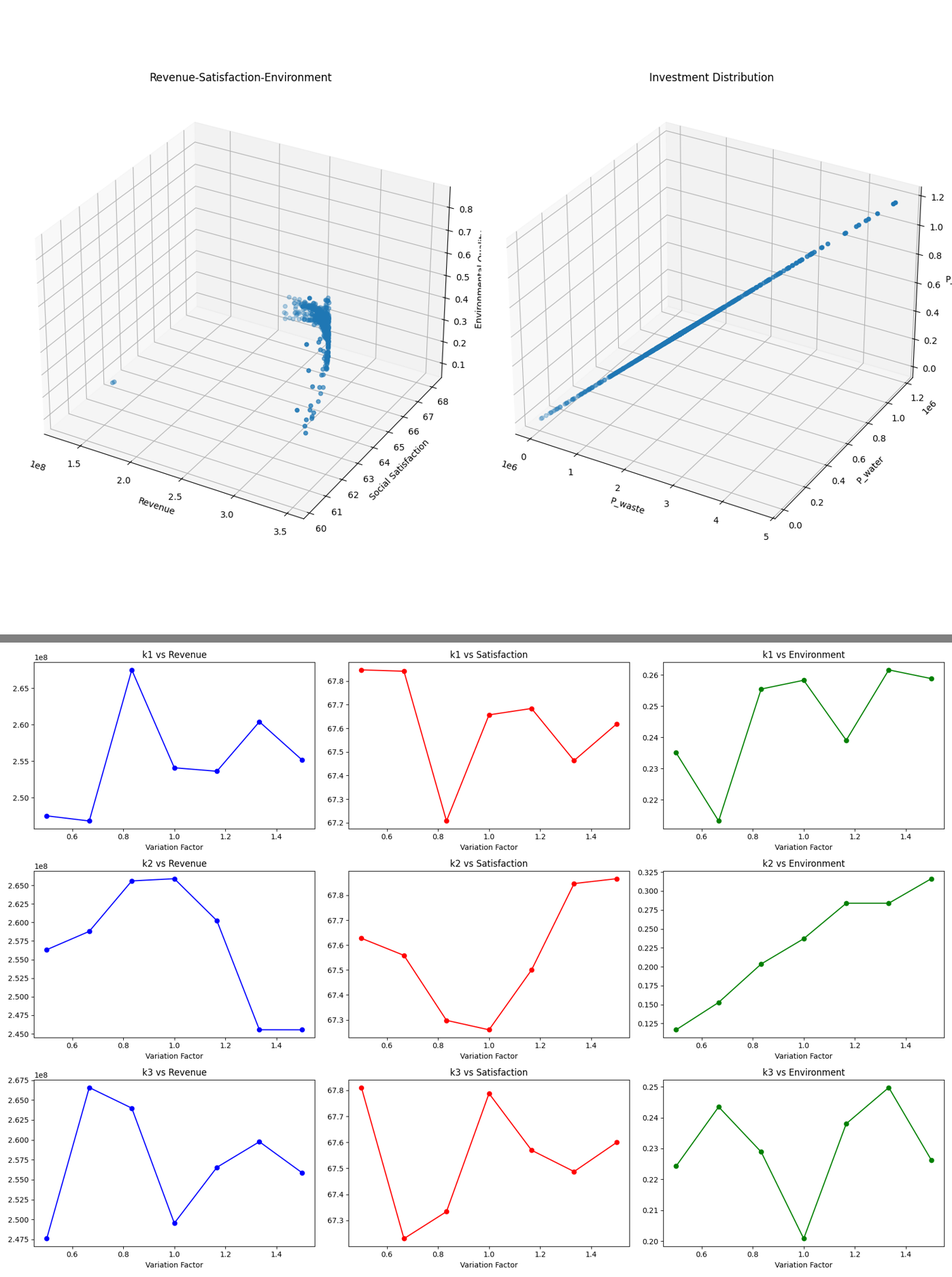
Repository: Kevinye0116/MCM
Script's output: python Coding/trial3s1.py
The author's editor kept a copy of each file at every save. The script's output is drawn from the files as they stood at one save, then again after the next save.
The pictures are shown at 68% of full size.
Each picture stacks the figures in order, with grey between them; figures that are only written to a file come last. Figures wider than 1,400 px are first shrunk to that width. Random numbers start from a fixed seed.

Above is the script's output before, as saved 2025-01-26 09:34:51.

After the next save:
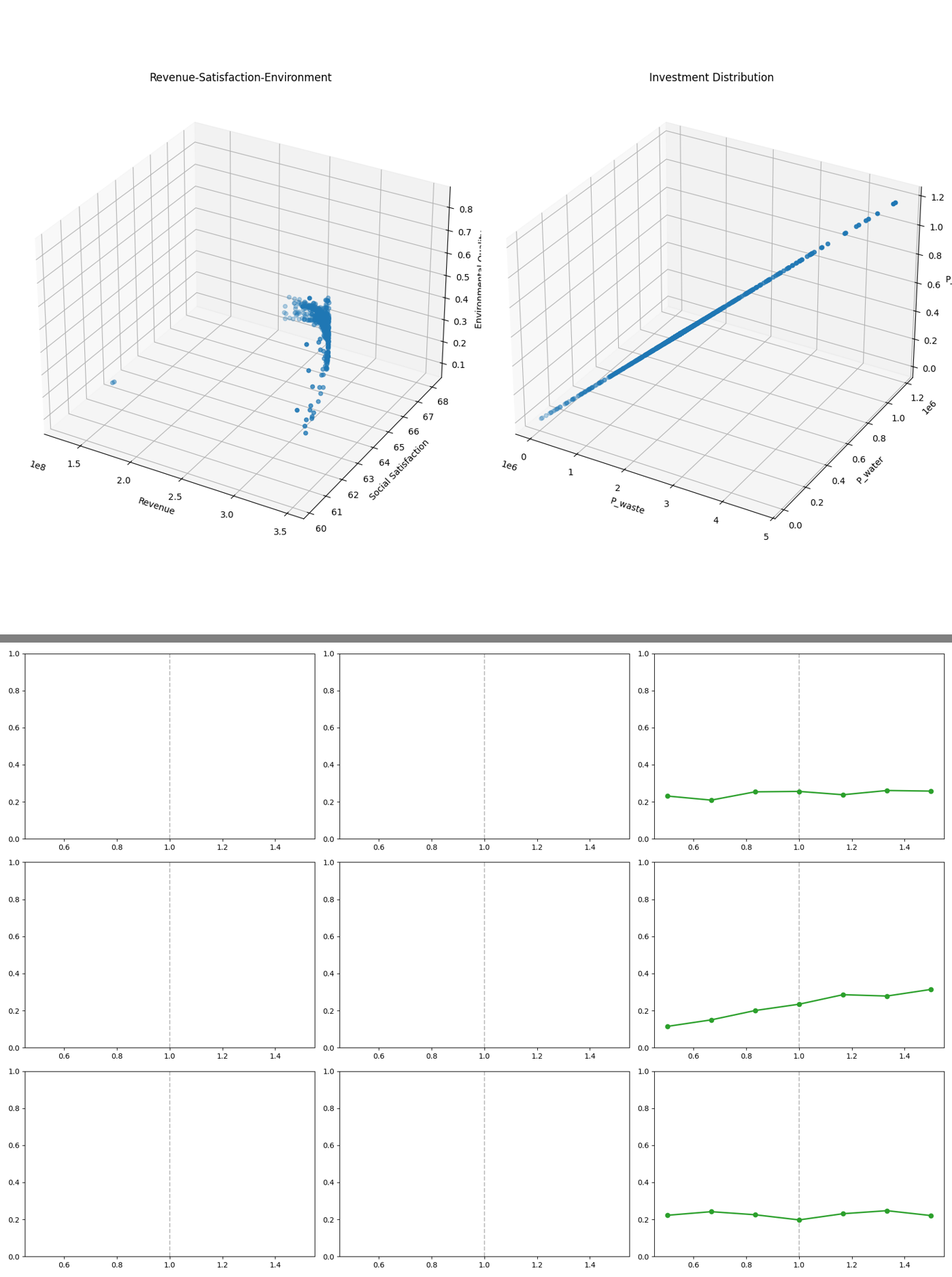
Saved 3 min 51 s later.
--- a/Coding/trial3s1.py
+++ b/Coding/trial3s1.py
@@ -386,42 +386,80 @@ class TourismOptimization:
 
             for val in variations_values:
                 setattr(self, param_name, val)
-                pareto_front = self.pareto_optimization(
-                    population_size=50, generations=20
-                )
-                if len(pareto_front) > 0:
-                    obj_values = np.array(
-                        [
+                try:
+                    pareto_front = self.pareto_optimization(
+                        population_size=50, generations=20
+                    )
+                    if len(pareto_front) > 0:
+                        obj_values = np.array(
                             [
-                                self.calculate_revenue(x),
-                                self.calculate_social_satisfaction(x),
-                                self.calculate_environmental_quality(x),
+                                [
+                                    self.calculate_revenue(x),
+                                    self.calculate_social_satisfaction(x),
+                                    self.calculate_environmental_quality(x),
+                                ]
+                                for x in pareto_front
+                                if self.is_feasible(x)  # 添加额外可行性检查
                             ]
-                            for x in pareto_front
-                        ]
-                    )
-                    revenues.append(obj_values[:, 0].mean())
-                    satisfactions.append(obj_values[:, 1].mean())
-                    environments.append(obj_values[:, 2].mean())
-                else:
-                    revenues.append(0)
-                    satisfactions.append(0)
-                    environments.append(0)
-
-                setattr(self, param_name, original_value)  # 恢复原始值
-
-            # 绘制敏感性分析结果
-            axes[idx][0].plot(variations_values / original_value, revenues, "bo-")
-            axes[idx][0].set_title(f"{param_name} vs Revenue")
-            axes[idx][0].set_xlabel("Variation Factor")
-
-            axes[idx][1].plot(variations_values / original_value, satisfactions, "ro-")
-            axes[idx][1].set_title(f"{param_name} vs Satisfaction")
-            axes[idx][1].set_xlabel("Variation Factor")
-
-            axes[idx][2].plot(variations_values / original_value, environments, "go-")
-            axes[idx][2].set_title(f"{param_name} vs Environment")
-            axes[idx][2].set_xlabel("Variation Factor")
+                        )
+                        # 使用中位数代替平均值
+                        revenues.append(
+                            np.median(obj_values[:, 0])
+                            if len(obj_values) > 0
+                            else np.nan
+                        )
+                        satisfactions.append(
+                            np.median(obj_values[:, 1])
+                            if len(obj_values) > 0
+                            else np.nan
+                        )
+                        environments.append(
+                            np.median(obj_values[:, 2])
+                            if len(obj_values) > 0
+                            else np.nan
+                        )
+                    else:
+                        revenues.append(np.nan)
+                        satisfactions.append(np.nan)
+                        environments.append(np.nan)
+                except Exception as e:
+                    print(f"Error analyzing {param_name}={val}: {str(e)}")
+                    revenues.append(np.nan)
+                    satisfactions.append(np.nan)
+                    environments.append(np.nan)
+                finally:
+                    setattr(self, param_name, original_value)
+
+            # 在绘图部分添加参考线和标准化
+            for ax_row in axes[idx]:
+                ax_row.axvline(
+                    1.0, color="gray", linestyle="--", alpha=0.5
+                )  # 添加基准线
+                ax_row.set_ylim(0, None)  # 统一y轴起点
+
+            # 添加颜色和样式改进
+            colors = ["#1f77b4", "#ff7f0e", "#2ca02c"]  # 使用更清晰的色系
+            axes[idx][0].plot(
+                variations_values / original_value,
+                revenues,
+                "o-",
+                color=colors[0],
+                linewidth=2,
+            )
+            axes[idx][1].plot(
+                variations_values / original_value,
+                satisfactions,
+                "o-",
+                color=colors[1],
+                linewidth=2,
+            )
+            axes[idx][2].plot(
+                variations_values / original_value,
+                environments,
+                "o-",
+                color=colors[2],
+                linewidth=2,
+            )
 
         plt.tight_layout()
         plt.show()
